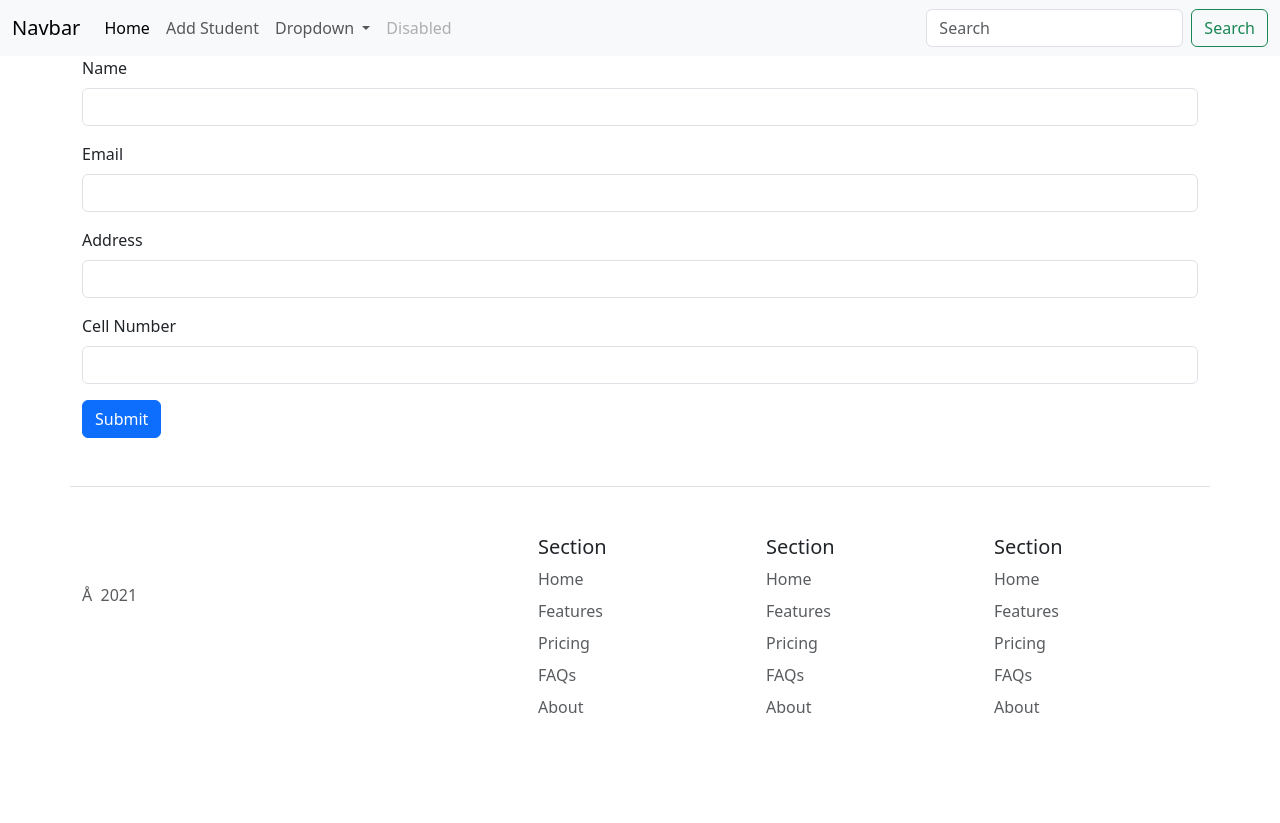
Repository: mdkutub1787/Eclips
Page: http://localhost/JSPCrud2/studentaddform.jsp
These files come from the project's save history. The page is drawn as it stood at one moment and after the next save; the edit follows.
The browser window is 1280 px wide. The pictures show the whole page.
The page is served by Tomcat 9. Other server files are loaded and not shown.

Above is the page before, as saved 2024-07-04 03:10:32.

### JSPCrud2/src/main/webapp/studentaddform.jsp

<jsp:include page="header.jsp" />


<div class="container">

	<form action="savestudent.jsp" method="post">
		<div class="mb-3">
			<label for="exampleInputEmail1" class="form-label">Name</label> <input
				type="text" class="form-control" id="exampleInputEmail1"
				aria-describedby="emailHelp" name="name">

		</div>
		<div class="mb-3">
			<label for="exampleInputPassword1" class="form-label">Email</label> <input
				type="email" class="form-control" id="exampleInputPassword1" name="email">
		</div>
		<div class="mb-3">
			<label for="exampleInputPassword1" class="form-label">Address</label>
			<input type="text" class="form-control" id="exampleInputPassword1" name="address">
		</div>
		<div class="mb-3">
			<label for="exampleInputPassword1" class="form-label">Cell
				Number</label> <input type="" text"" class="form-control"
				id="exampleInputPassword1" name="cell">
		</div>

		<button type="submit" class="btn btn-primary">Submit</button>
	</form>
</div>





<jsp:include page="footer.jsp" />

### JSPCrud2/src/main/webapp/header.jsp
<%@ page language="java" contentType="text/html; charset=ISO-8859-1"
    pageEncoding="ISO-8859-1"%>
<!DOCTYPE html>
<html>
<head>
<meta charset="ISO-8859-1">
<title>Insert title here</title>
 <link href="https://cdn.jsdelivr.net/npm/bootstrap@5.3.3/dist/css/bootstrap.min.css" rel="stylesheet" integrity="sha384-QWTKZyjpPEjISv5WaRU9OFeRpok6YctnYmDr5pNlyT2bRjXh0JMhjY6hW+ALEwIH" crossorigin="anonymous">
 <script src="https://cdn.jsdelivr.net/npm/bootstrap@5.3.3/dist/js/bootstrap.bundle.min.js" integrity="sha384-YvpcrYf0tY3lHB60NNkmXc5s9fDVZLESaAA55NDzOxhy9GkcIdslK1eN7N6jIeHz" crossorigin="anonymous"></script>
</head>
<body>

<nav class="navbar navbar-expand-lg bg-light">
  <div class="container-fluid">
    <a class="navbar-brand" href="#">Navbar</a>
    <button class="navbar-toggler" type="button" data-bs-toggle="collapse" data-bs-target="#navbarSupportedContent" aria-controls="navbarSupportedContent" aria-expanded="false" aria-label="Toggle navigation">
      <span class="navbar-toggler-icon"></span>
    </button>
    <div class="collapse navbar-collapse" id="navbarSupportedContent">
      <ul class="navbar-nav me-auto mb-2 mb-lg-0">
        <li class="nav-item">
          <a class="nav-link active" aria-current="page" href="#">Home</a>
        </li>
        <li class="nav-item">
          <a class="nav-link" href="studentaddform.jsp">Add Student</a>
        </li>
        <li class="nav-item dropdown">
          <a class="nav-link dropdown-toggle" href="#" role="button" data-bs-toggle="dropdown" aria-expanded="false">
            Dropdown
          </a>
          <ul class="dropdown-menu">
            <li><a class="dropdown-item" href="#">Action</a></li>
            <li><a class="dropdown-item" href="#">Another action</a></li>
            <li><hr class="dropdown-divider"></li>
            <li><a class="dropdown-item" href="#">Something else here</a></li>
          </ul>
        </li>
        <li class="nav-item">
          <a class="nav-link disabled">Disabled</a>
        </li>
      </ul>
      <form class="d-flex" role="search">
        <input class="form-control me-2" type="search" placeholder="Search" aria-label="Search">
        <button class="btn btn-outline-success" type="submit">Search</button>
      </form>
    </div>
  </div>
</nav>



</body>
</html>

### JSPCrud2/src/main/webapp/footer.jsp
<div class="container">


<footer class="row row-cols-5 py-5 my-5 border-top">
    <div class="col">
      <a href="/" class="d-flex align-items-center mb-3 link-dark text-decoration-none">
        <svg class="bi me-2" width="40" height="32"><use xlink:href="#bootstrap"></use></svg>
      </a>
      <p class="text-muted">Š 2021</p>
    </div>

    <div class="col">

    </div>

    <div class="col">
      <h5>Section</h5>
      <ul class="nav flex-column">
        <li class="nav-item mb-2"><a href="#" class="nav-link p-0 text-muted">Home</a></li>
        <li class="nav-item mb-2"><a href="#" class="nav-link p-0 text-muted">Features</a></li>
        <li class="nav-item mb-2"><a href="#" class="nav-link p-0 text-muted">Pricing</a></li>
        <li class="nav-item mb-2"><a href="#" class="nav-link p-0 text-muted">FAQs</a></li>
        <li class="nav-item mb-2"><a href="#" class="nav-link p-0 text-muted">About</a></li>
      </ul>
    </div>

    <div class="col">
      <h5>Section</h5>
      <ul class="nav flex-column">
        <li class="nav-item mb-2"><a href="#" class="nav-link p-0 text-muted">Home</a></li>
        <li class="nav-item mb-2"><a href="#" class="nav-link p-0 text-muted">Features</a></li>
        <li class="nav-item mb-2"><a href="#" class="nav-link p-0 text-muted">Pricing</a></li>
        <li class="nav-item mb-2"><a href="#" class="nav-link p-0 text-muted">FAQs</a></li>
        <li class="nav-item mb-2"><a href="#" class="nav-link p-0 text-muted">About</a></li>
      </ul>
    </div>

    <div class="col">
      <h5>Section</h5>
      <ul class="nav flex-column">
        <li class="nav-item mb-2"><a href="#" class="nav-link p-0 text-muted">Home</a></li>
        <li class="nav-item mb-2"><a href="#" class="nav-link p-0 text-muted">Features</a></li>
        <li class="nav-item mb-2"><a href="#" class="nav-link p-0 text-muted">Pricing</a></li>
        <li class="nav-item mb-2"><a href="#" class="nav-link p-0 text-muted">FAQs</a></li>
        <li class="nav-item mb-2"><a href="#" class="nav-link p-0 text-muted">About</a></li>
      </ul>
    </div>
  </footer>

</div>

After the next save:
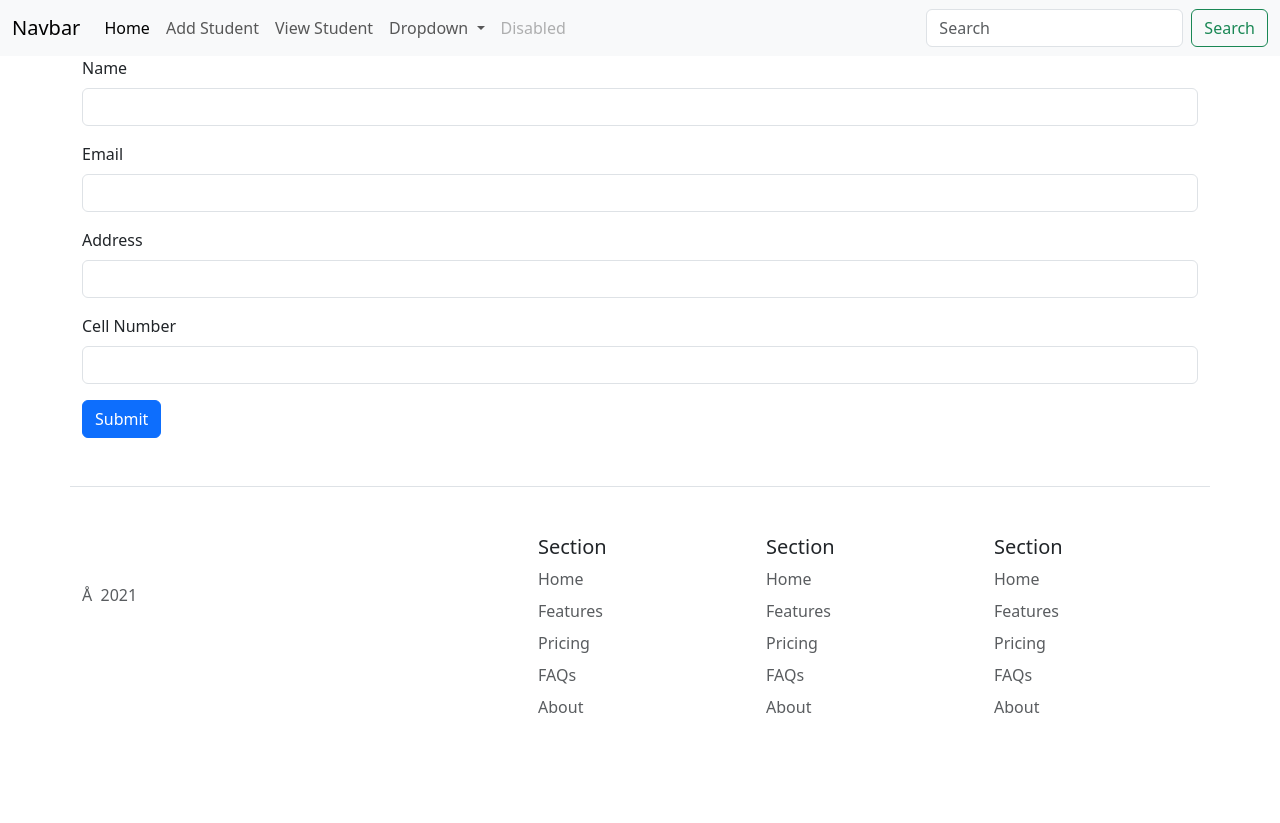
Saved 5 min 59 s later.
--- a/JSPCrud2/src/main/webapp/header.jsp
+++ b/JSPCrud2/src/main/webapp/header.jsp
@@ -23,6 +23,9 @@
         </li>
         <li class="nav-item">
           <a class="nav-link" href="studentaddform.jsp">Add Student</a>
+        </li>
+        <li class="nav-item">
+          <a class="nav-link" href="studentaddform.jsp">View Student</a>
         </li>
         <li class="nav-item dropdown">
           <a class="nav-link dropdown-toggle" href="#" role="button" data-bs-toggle="dropdown" aria-expanded="false">
